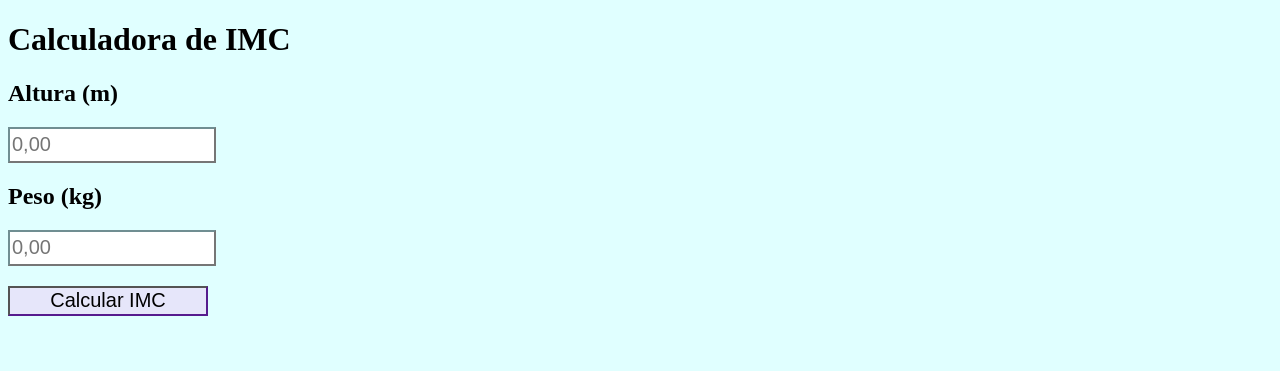
Repository: DeboraGuerra/programacaoWeb
Page: projetos-java/Desafio03/WebContent/index.htm
The author's editor kept a copy of each file at every save. The page is drawn from the files as they stood at one save, then again after the next save.
The browser window is 1280 px wide. The pictures show the whole page.

Above is the page before, as saved 2020-03-23 23:56:38.

After the next save:
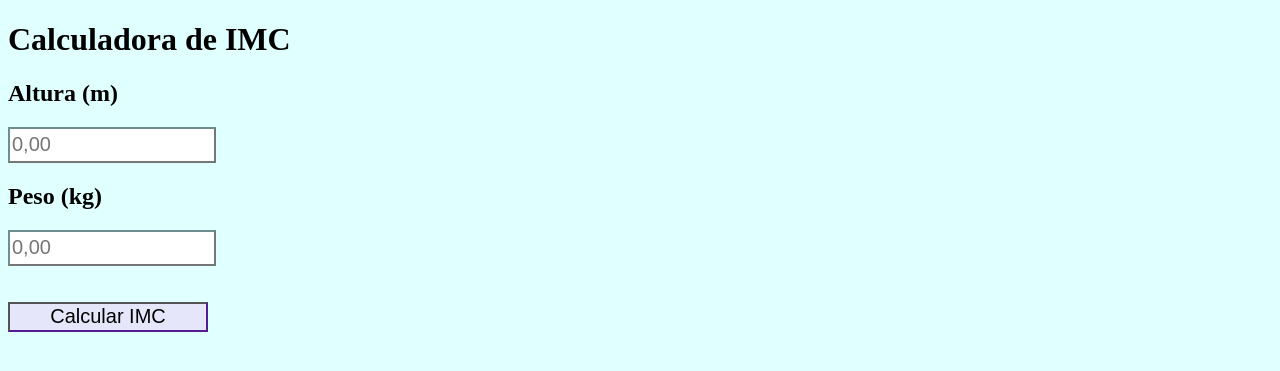
Saved 42 s later.
--- a/projetos-java/Desafio03/WebContent/index.htm
+++ b/projetos-java/Desafio03/WebContent/index.htm
@@ -22,7 +22,7 @@
 			<input type="number" class="caixa" name="peso" required="required"
 			 placeholder="0,00" step="0.01" min=0>
 
-			<h2></h2>
+			<br><br><br>
 			<input type="submit" class="botao" value="Calcular IMC">
 
 		</form>
